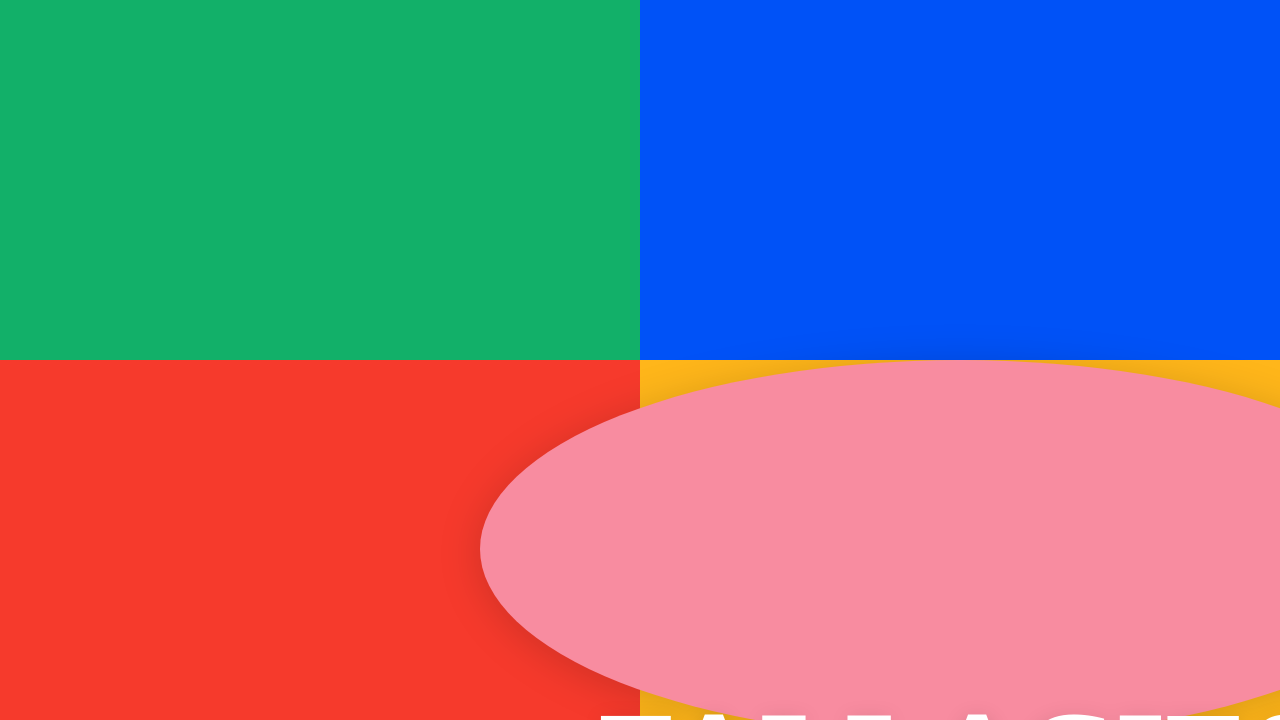
Repository: yafugray/fallacies
Page: project/Midterm project/index.html
The author's editor kept a copy of each file at every save. The page is drawn from the files as they stood at one save, then again after the next save.
The browser window is 1280 px wide. The pictures show the whole page.

Above is the page before, as saved 2020-03-12 19:15:31.

### project/Midterm project/index.html
<!DOCTYPE html>
<html lang="en">
<head>
    <meta charset="UTF-8">
    <meta name="viewport" content="width=device-width, initial-scale=1.0">
    <title>Fallacies</title>
    <link href="app.css" rel="stylesheet">
</head>
<body>
    <div id="Mainpage">
        <div id="rec1"></div>
        <div id="rec2"></div>
        <div id="rec3"></div>
        <div id="rec4"></div>
        <div id="group1">
            <svg class="ellipse">
                <ellipse fill="rgba(248,140,160,1)" id="Ellipse_8" rx="75%" ry="75%" cx="50%" cy="75%">
                </ellipse>
            </svg>
            <div id="fallacies">
                <span>FALLACIES</span>
            </div>
        </div>
    </div>
</body>
</html>

### project/Midterm project/app.css
* {
    margin: 0;
    padding: 0;
    box-sizing: border-box;
    border: none;
}

#Mainpage {
    position: absolute;
    width: 100vw;
    height: 100vh;
    background-color: azure;
    overflow: hidden;
}
@keyframes fadein {

    0% {
        opacity: 0;
    }
    100% {
        opacity: 1;
    }

}

#rec1 {
	position: absolute;
	overflow: visible;
	width: 50vw;
	height: 50vh;
	left: 0px;
    top: 0px;
    background-color: rgba(18,176,105,1);
}
#rec4 {
	position: absolute;
	overflow: visible;
	width: 50vw;
	height: 50vh;
	left: 0px;
    bottom: 0px;
    background-color: rgba(246,58,44,1);
}
#rec2 {
	position: absolute;
	overflow: visible;
	width: 50vw;
	height: 50vh;
	right: 0px;
    top: 0px;
    background-color: rgba(0,82,247,1);
}
#rec3 {
	position: absolute;
	overflow: visible;
	width: 50vw;
	height: 50vh;
	right: 0px;
    bottom: 0px;
    background-color: rgba(255,182,26,1);
}

#group1 {
    position: relative;
	height: 100vh;
	/* height: 35vh; */
    /* left: 25%;
    right: 25%;
    top: 25%;
    bottom: 25%; */
    /* background-size: contain; */
	overflow: visible;
	--web-animation: fadein 0.3s ease-out;
	--web-action-type: page;
	--web-action-target: custom___2.html;
    cursor: pointer;
    transform: translate( 50%, 50% );
}

.ellipse {
    filter: drop-shadow(0px 5px 20px rgba(0, 0, 0, 0.161));
	position: absolute;
	overflow: visible;
	width: 50vw;
	height: 35vh;
    left: 0px;
    right:0px;
    top: 0px;
    bottom: 0px;
}

#fallacies {
    filter: drop-shadow(0px 5px 10px rgba(0, 0, 0, 0.161));
    font-family: TitlingGothicFB Narrow;
    font-style: normal;
    font-weight: bold;
    font-size: 8em;
    width: 50vw;
    padding: 5px 10px;
	color: white;
	text-align: center;
	position: relative;
	top: 55%;
	left: 21%;
    transform: translate( -50%, -50% );

}

After the next save:
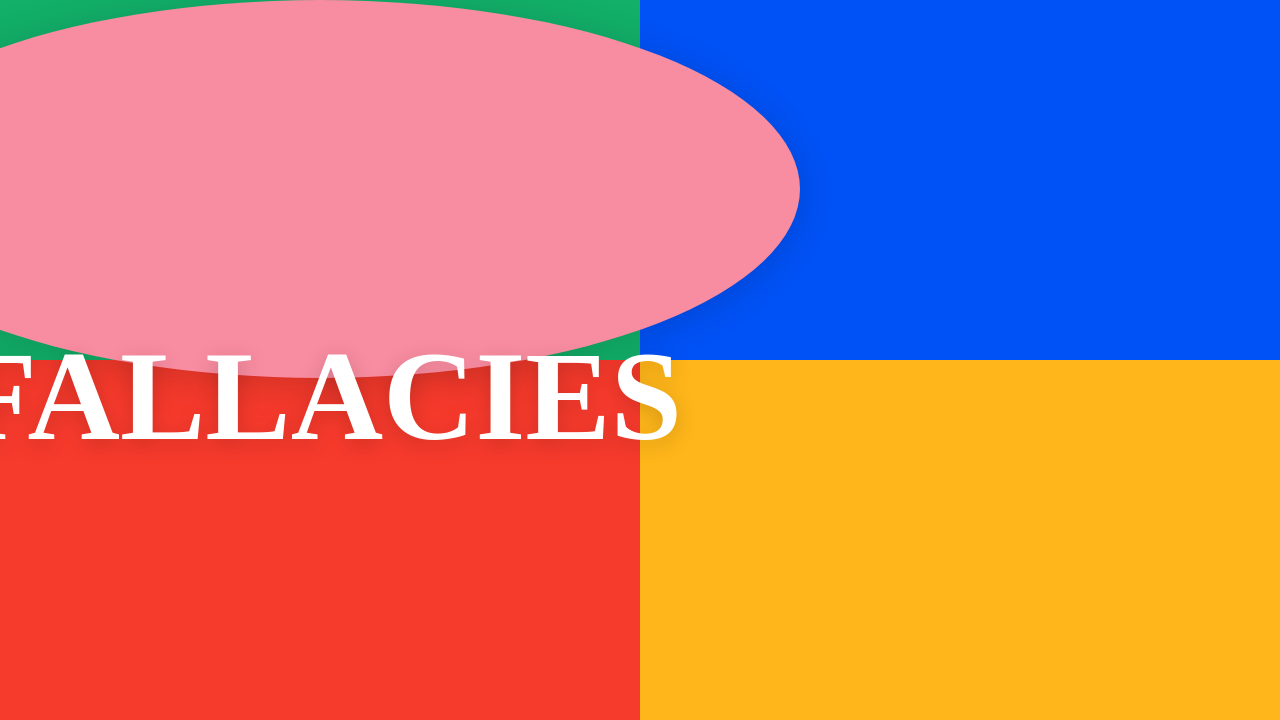
Saved 25 s later.
--- a/project/Midterm project/app.css
+++ b/project/Midterm project/app.css
@@ -74,7 +74,9 @@
 	--web-action-type: page;
 	--web-action-target: custom___2.html;
     cursor: pointer;
-    transform: translate( 50%, 50% );
+    transform: translate( -50%, -50% );
+    top:50%;
+    left: 50%;
 }
 
 .ellipse {
